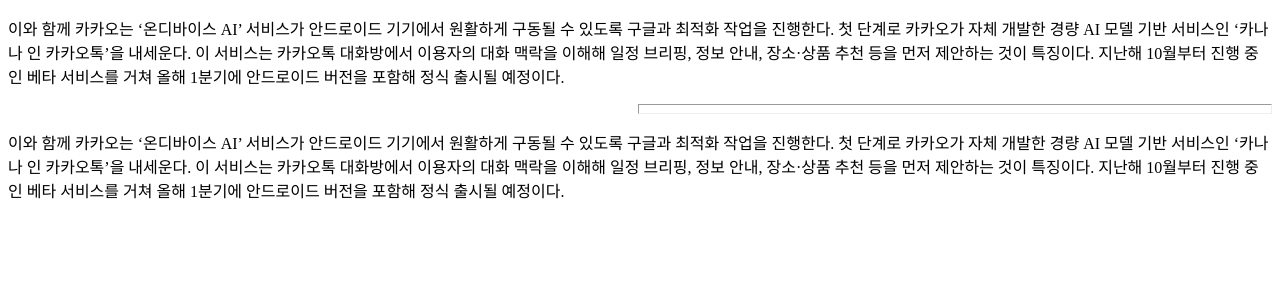
Repository: HongTaeHun337/HTML-CSS-JavaScript-
Page: html/HtmlTest/src/main/webapp/ex08_hr.html
The author's editor kept a copy of each file at every save. The page is drawn from the files as they stood at one save, then again after the next save.
The browser window is 1280 px wide. The pictures show the whole page.

Above is the page before, as saved 2026-02-13 01:05:20.

### html/HtmlTest/src/main/webapp/ex08_hr.html
<!DOCTYPE html>
<html>
<head>
<meta charset="UTF-8">
<title>Insert title here</title>
</head>
<body>
	<!-- ex08_hr.html -->
	<!--

		<hr> 태그
		- Horizontal Rule, 수평바
		- 문단과 문단을 구분하는 역할
		- 콘텐츠와 콘텐츠를 구분하는 역할
		- 단독태그

		hr 속성
		1. size: 선의 두께
		2. width: 선의 너비
		3. align: 선의

		HTML 속성값의 형태(***)
		1. 숫자형
			- 단위 없음: 픽셀(pixel, 화소) > ? > 화상을 구성하는 최소 단위(단일 색상을 가지는 점 1개) > 절대값
			- 단위 없음: 글꼴 크기
			- 단위 없음: 글자 개수
			- 단위 있음: % > 백분율 > 상대값
				- 부모 태그의 영역을 기준으로 한다.(*************)

		2. 열거형
			- 정해진 속성값 중 하나를 선택

	 -->

	 <p>이와 함께 카카오는 ‘온디바이스 AI’ 서비스가 안드로이드 기기에서 원활하게 구동될 수 있도록 구글과 최적화 작업을 진행한다.
	 첫 단계로 카카오가 자체 개발한 경량 AI 모델 기반 서비스인 ‘카나나 인 카카오톡’을 내세운다. 이 서비스는 카카오톡 대화방에서
	 이용자의 대화 맥락을 이해해 일정 브리핑, 정보 안내, 장소·상품 추천 등을 먼저 제안하는 것이 특징이다.
	 지난해 10월부터 진행 중인 베타 서비스를 거쳐 올해 1분기에 안드로이드 버전을 포함해 정식 출시될 예정이다.</p>

	 <hr size = "10" width = "50%" align = "right">

	 <p>이와 함께 카카오는 ‘온디바이스 AI’ 서비스가 안드로이드 기기에서 원활하게 구동될 수 있도록 구글과 최적화 작업을 진행한다.
	 첫 단계로 카카오가 자체 개발한 경량 AI 모델 기반 서비스인 ‘카나나 인 카카오톡’을 내세운다. 이 서비스는 카카오톡 대화방에서
	 이용자의 대화 맥락을 이해해 일정 브리핑, 정보 안내, 장소·상품 추천 등을 먼저 제안하는 것이 특징이다.
	 지난해 10월부터 진행 중인 베타 서비스를 거쳐 올해 1분기에 안드로이드 버전을 포함해 정식 출시될 예정이다.</p>


</body>
</html>

After the next save:
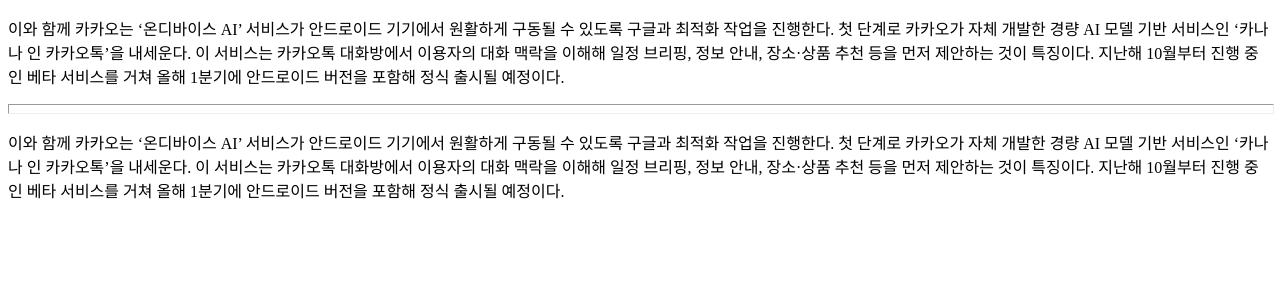
Saved 16 s later.
--- a/html/HtmlTest/src/main/webapp/ex08_hr.html
+++ b/html/HtmlTest/src/main/webapp/ex08_hr.html
@@ -37,7 +37,7 @@
 	 이용자의 대화 맥락을 이해해 일정 브리핑, 정보 안내, 장소·상품 추천 등을 먼저 제안하는 것이 특징이다.
 	 지난해 10월부터 진행 중인 베타 서비스를 거쳐 올해 1분기에 안드로이드 버전을 포함해 정식 출시될 예정이다.</p>
 
-	 <hr size = "10" width = "50%" align = "right">
+	 <hr size = "10" width = "100%" align = "right">
 
 	 <p>이와 함께 카카오는 ‘온디바이스 AI’ 서비스가 안드로이드 기기에서 원활하게 구동될 수 있도록 구글과 최적화 작업을 진행한다.
 	 첫 단계로 카카오가 자체 개발한 경량 AI 모델 기반 서비스인 ‘카나나 인 카카오톡’을 내세운다. 이 서비스는 카카오톡 대화방에서
